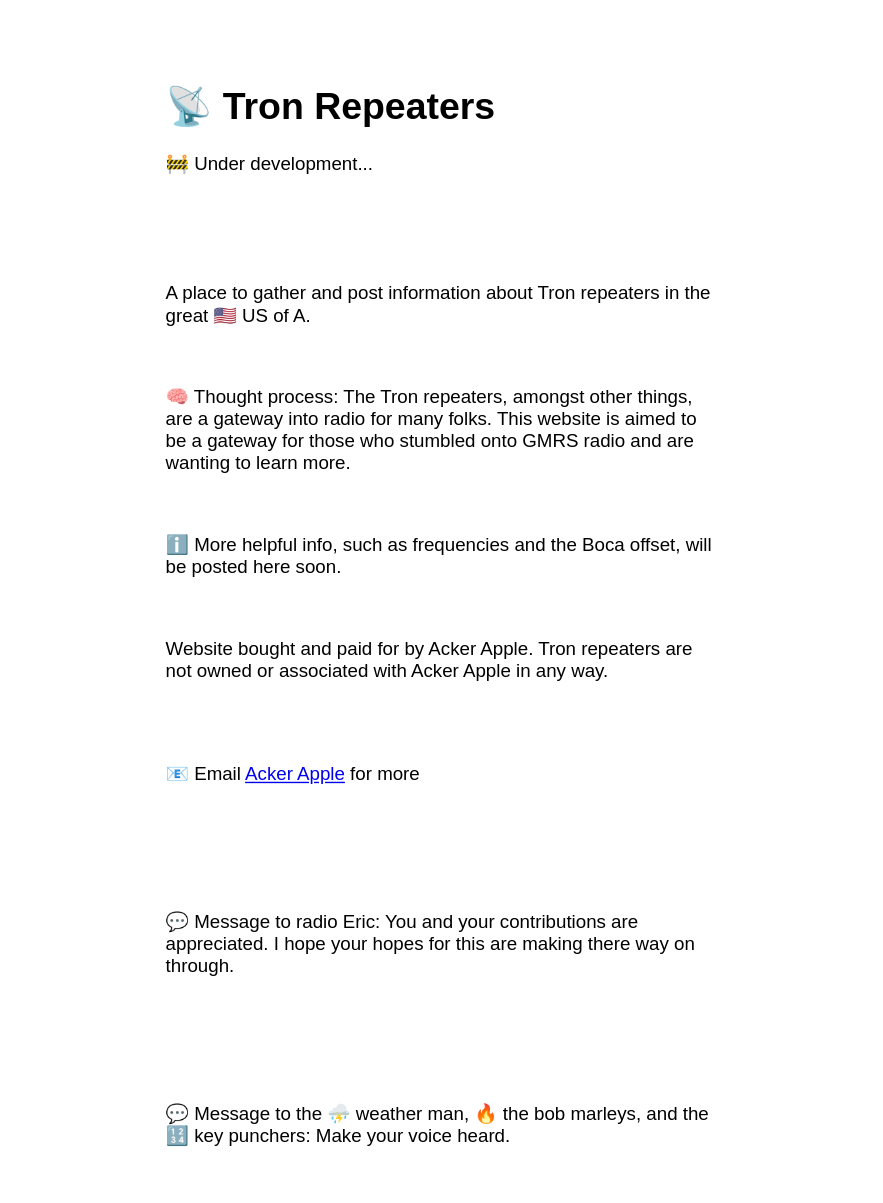
Repository: AckerApple/tronrepeaters
Page: index.html
An editor plug-in stored every save of this project. The page is shown before and after the next save, followed by the edit.
The browser window is 1280 px wide. The pictures show the whole page, at 69% of full size.

Above is the page before, as saved 2025-01-15 14:41:42.

After the next save:
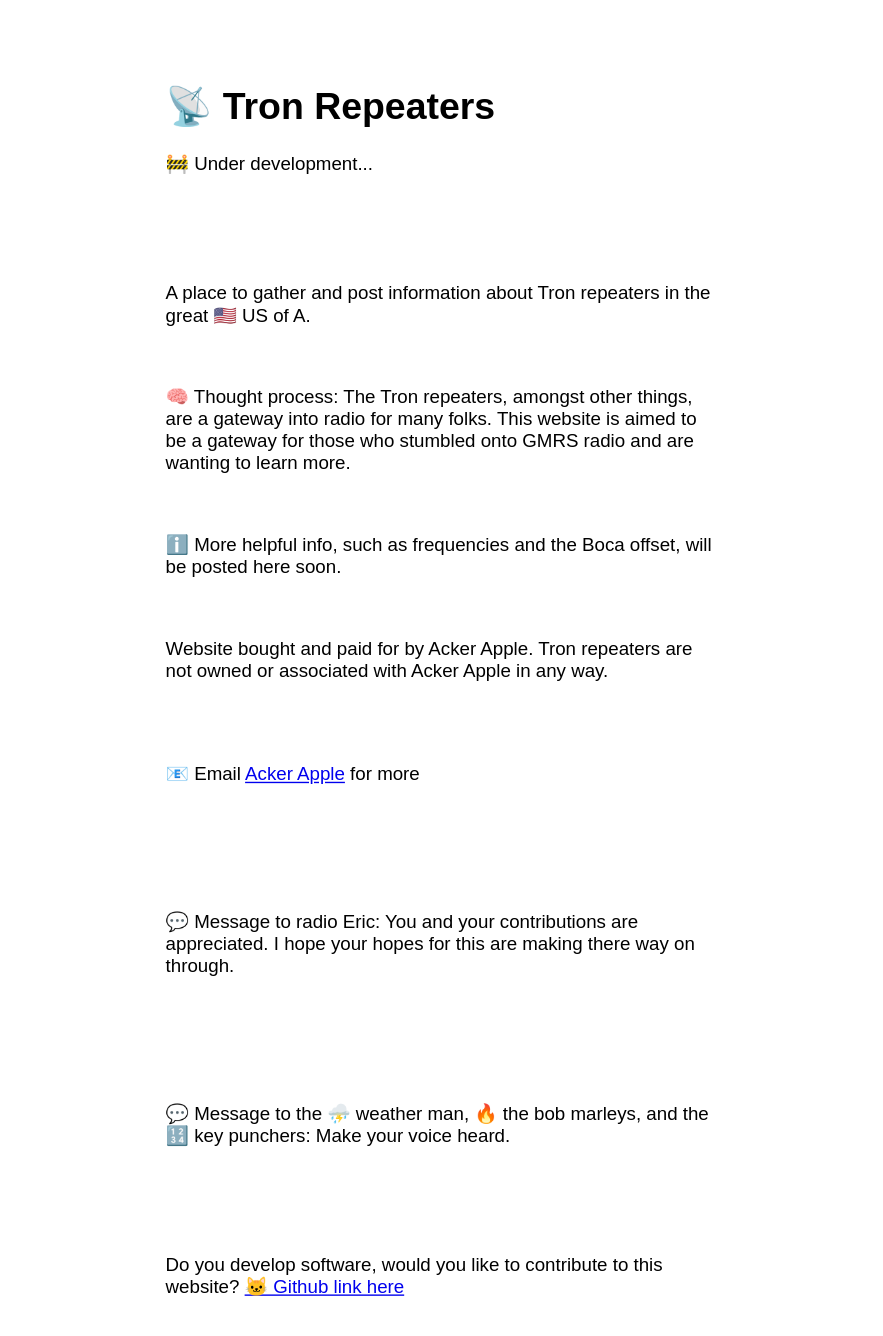
Saved 117 s later.
--- a/index.html
+++ b/index.html
@@ -38,6 +38,9 @@
       <p>💬 Message to radio Eric: You and your contributions are appreciated. I hope your hopes for this are making there way on through.</p>
       <br /><br /><br /><br />
       <p>💬 Message to the ⛈️ weather man, 🔥 the bob marleys, and the 🔢 key punchers: Make your voice heard.</p>
+      <br /><br /><br /><br />
+      Do you develop software, would you like to contribute to this website?
+      <a href="https://github.com/AckerApple/tronrepeaters">🐱 Github link here</a>
     </div>
   </div>
 </body>
